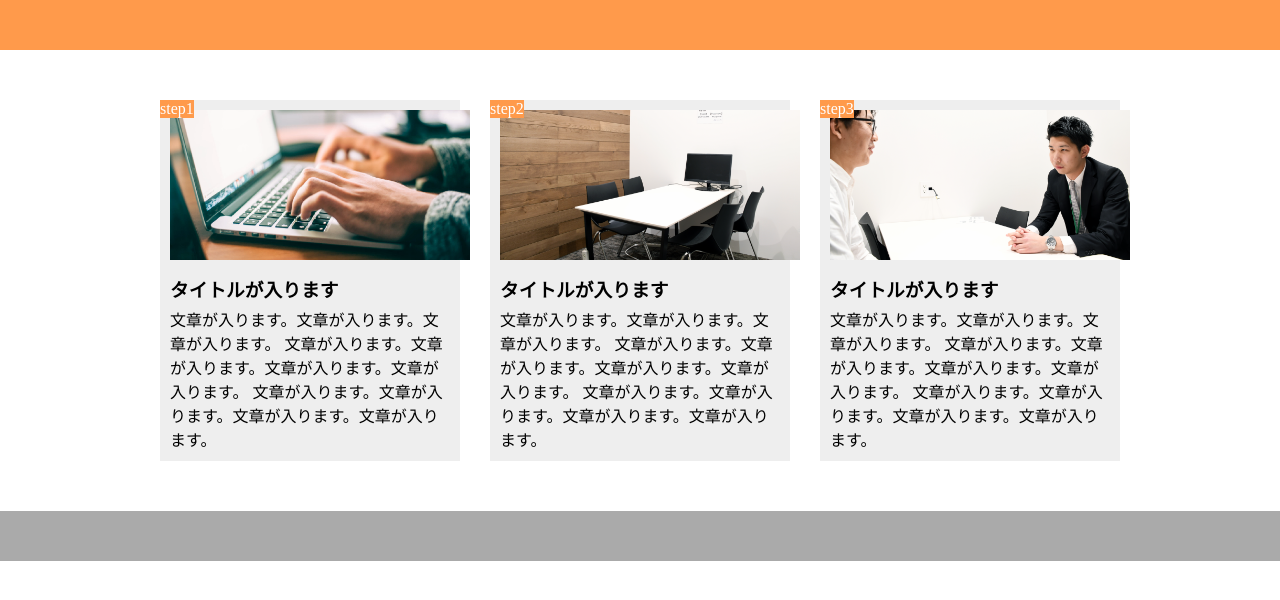
Repository: rhombus0516/bookers2-debug
Page: chapter9-2/chapter9-2.html
The author's editor kept a record of every edit. The page is drawn from the files as they stood at one moment, then again after the next edit.
The browser window is 1280 px wide. The pictures show the whole page.

Above is the page before.

After the next edit:
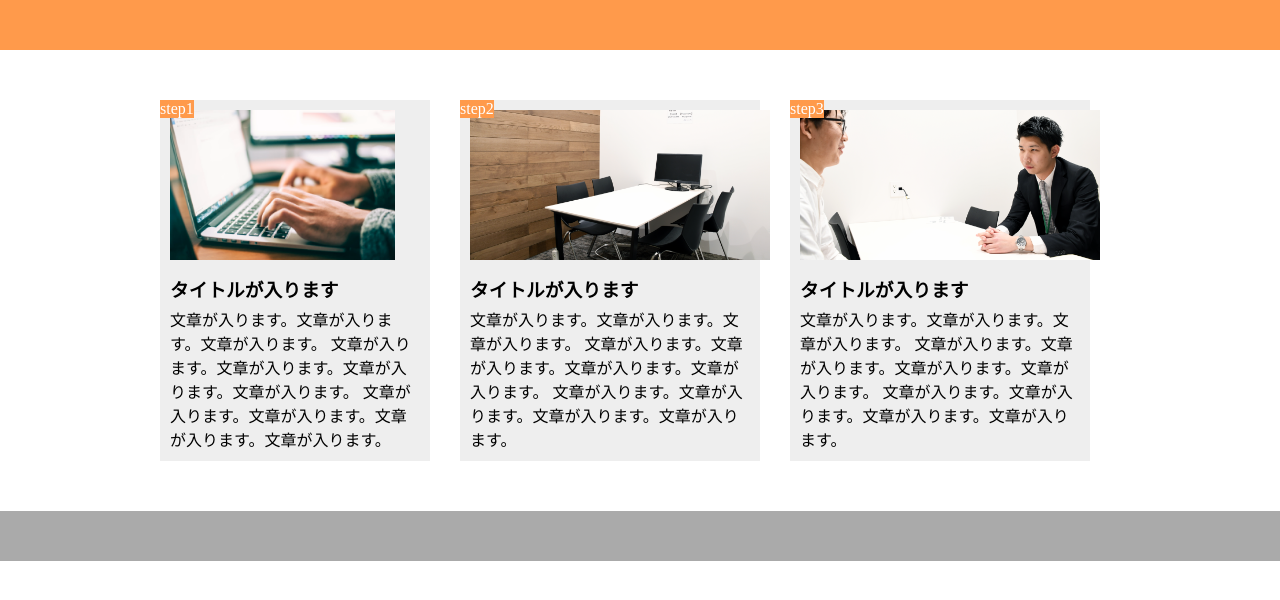
The edit:
--- a/chapter9-2/chapter9-2.css
+++ b/chapter9-2/chapter9-2.css
@@ -25,7 +25,7 @@
 }
 
 .step1{
-    width: 300px;
+    width:90%;
     background-image: url(img1/flow01.png);
     background-position: bottom;
     background-size: cover;
